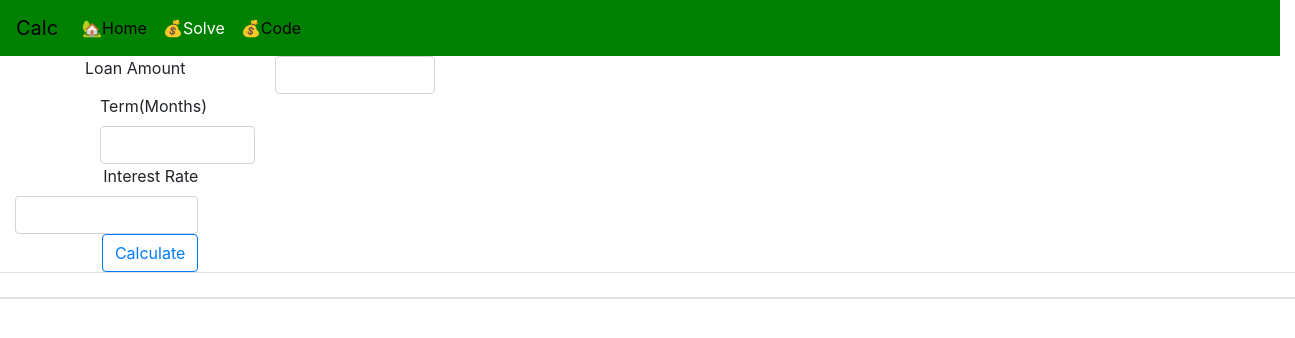
Repository: zhadjah9559/MortgageManager
Page: solve.html
The author's editor kept a copy of each file at every save. The page is drawn from the files as they stood at one save, then again after a run of saves.
The browser window is 1280 px wide. The page is 1295 px wide, so the pictures cover 1295 px, including what lies to the right of the window. The pictures show the whole page.

Above is the page before, as saved 2021-01-15 16:52:04.

After the next 6 saves:
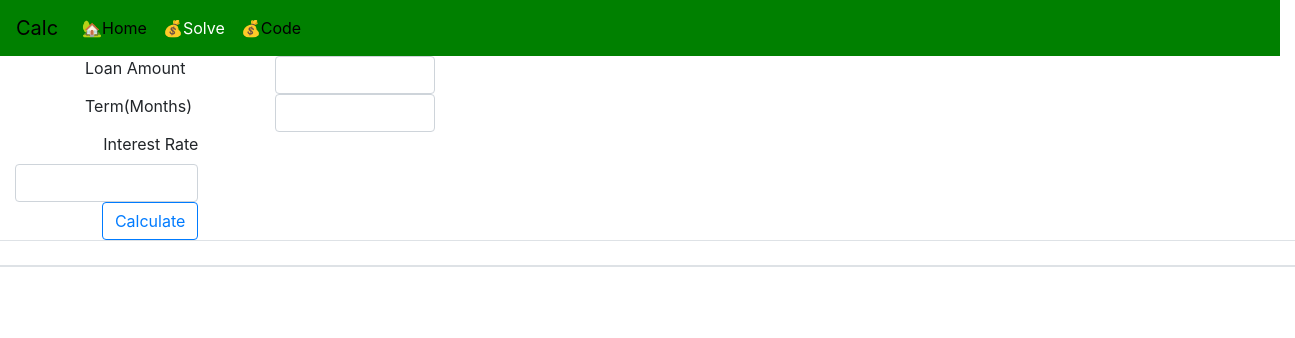
The 6 saves are shown as one change because they came seconds apart.
The last was saved 21 s later.
--- a/solve.html
+++ b/solve.html
@@ -43,12 +43,14 @@
             </div>
         </div>
 
+        <div class="row">
             <div class="col-2">
                 <label for="Term">Term(Months)</label>
             </div>
             <div class="col-2">
                 <input type="number" class="form-control" id="months">
             </div>
+        </div>
 
 
     </div>
